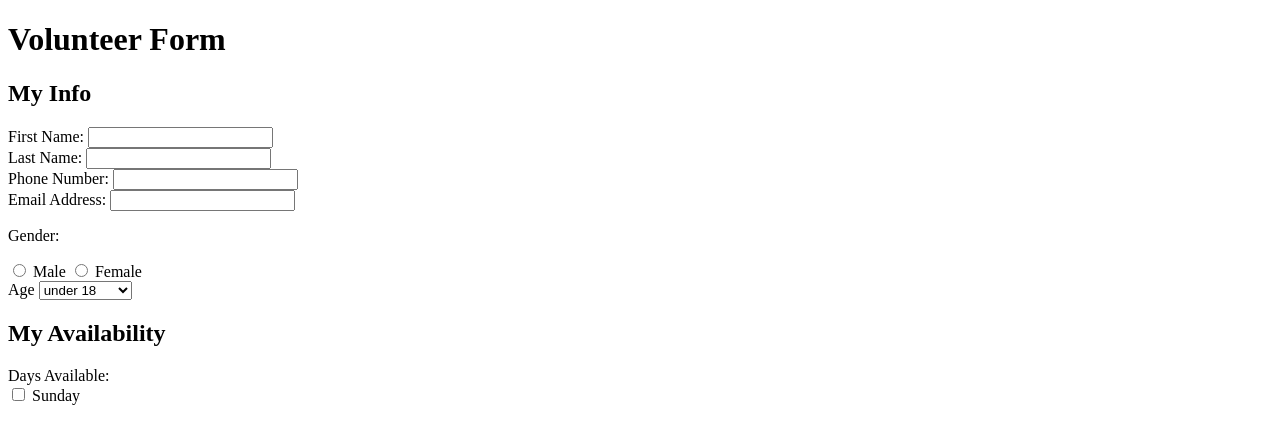
Repository: rishondass/ITMD361-Lab4
Page: index.html
The author's editor kept a copy of each file at every save. The page is drawn from the files as they stood at one save, then again after the next save.
The browser window is 1280 px wide. The pictures show the whole page.

Above is the page before, as saved 2023-01-13 15:06:17.

After the next save:
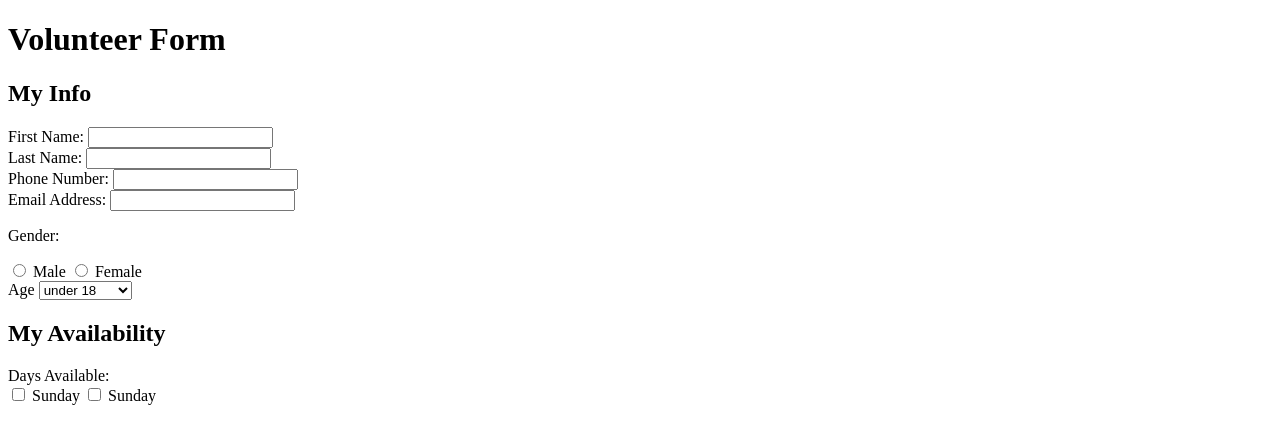
Saved 11 s later.
--- a/index.html
+++ b/index.html
@@ -59,6 +59,8 @@
         <input type="checkbox" name="available_field[]" value="Sunday">
         <label for="available_field[]">Sunday</label>
 
+        <input type="checkbox" name="available_field[]" value="Sunday">
+        <label for="available_field[]">Sunday</label>
 
 
     </form>
